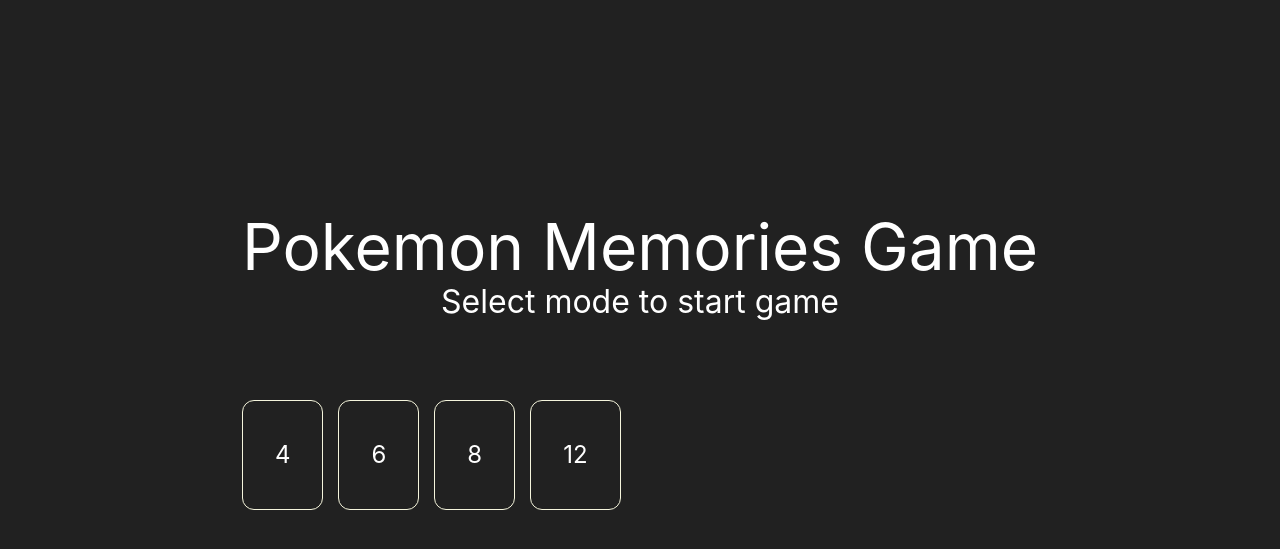
Repository: Kafierence/flip_card
Page: /
These files come from the project's save history. The page is drawn as it stood at one moment and after a run of saves; the edit follows.
The browser window is 1280 px wide. The pictures show the whole page.
The project was rebuilt for these pictures with package versions that can differ from the ones it lists, and the page was loaded fresh each time. Also part of the build but not shown: vite.config.js.

Above is the page before, as saved 2022-09-20 14:32:07.

### index.html
<!DOCTYPE html>
<html lang="en">
  <head>
    <meta charset="UTF-8" />
    <link rel="icon" href="/favicon.ico" />
    <meta name="viewport" content="width=device-width, initial-scale=1.0" />
    <title>Memories Game</title>
    <!--Normalize CDN -->
    <link rel="stylesheet" href="https://cdnjs.cloudflare.com/ajax/libs/normalize/8.0.1/normalize.min.css" integrity="sha512-NhSC1YmyruXifcj/KFRWoC561YpHpc5Jtzgvbuzx5VozKpWvQ+4nXhPdFgmx8xqexRcpAglTj9sIBWINXa8x5w==" crossorigin="anonymous" referrerpolicy="no-referrer" />
  </head>
  <body>
    <div id="app"></div>
    <script type="module" src="/src/main.js"></script>
  </body>
</html>

### src/main.js
import { createApp } from "vue";
import App from "./App.vue";

import "./assets/style/global.css";

const app = createApp(App);

app.mount("#app");

### src/App.vue
<script>
  import WelcomeVue from './views/Welcome.vue';
  export default{
    components:{
      WelcomeVue,
    }
    ,methods:{

    }
  }
</script>
<template>
  <welcome-vue />
</template>

### src/assets/style/global.css
body{
    font-family: Inter, -apple-system, BlinkMacSystemFont, 'Segoe UI', Roboto, Oxygen, Ubuntu,
    Cantarell, 'Fira Sans', 'Droid Sans', 'Helvetica Neue', sans-serif;

}
#app{
    background-color: #212121;
    height: 100vh;
    display: flex;
    justify-content: center;
    align-items: center;
    font-size: 15px;
}

### src/views/Welcome.vue
<script>
import BoxVue from '../components/Box.vue';


export default{
    components:{
        BoxVue
    }
}
</script>
<template>
    <div class="container">
        <div class="title_start">
            Pokemon Memories Game
        </div>
        <div class="title_select">
            Select mode to start game
        </div>
        <div class="mode_select">
            <box-vue :totalOfBlocks="16"/>
            <box-vue  :totalOfBlocks="32"/>
            <box-vue  :totalOfBlocks="64" />
            <box-vue  :totalOfBlocks="128"/>
        </div>
    </div>
</template>
<style scoped>
    .container{
       color: white;
       text-align: center;

    }
    .container .title_start{
        font-size: 4rem;
    }
    .container .title_select{
        font-size: 2rem;
    }
    .container .mode_select{
        margin-top: 5rem;
        display: flex;
        gap: 15px;
    }
</style>

### src/components/Box.vue
<script>
    export default{
        data(){
            return{

            }
        },
        props:{
            totalOfBlocks:{
                type:Number,
                require:true,
            }
        },
        methods:{
            onSelectMode(){
                console.log(this.totalOfBlocks)
            }
        }
    }
</script>
<template>
    <div class="box_container" @click="onSelectMode">
        <div class="box_content">
            <div class="box_title">
                {{
                   Math.ceil(Math.sqrt(totalOfBlocks))
                }}
            </div>
        </div>
    </div>
</template>

<style scoped>
    .box_container{
       border: 1px solid beige;
       border-radius: 12px;
        transition: all .3s;
    }
    .box_container:hover{
        cursor: pointer;
        background-color: beige;
        color: black;
    }
    .box_content{
         display: flex;
        justify-content: center;
        align-content: center;
    }
    .box_title{
        padding: 2.5rem 2rem;
        font-size: 24px;
    }
</style>

After the next 2 saves:
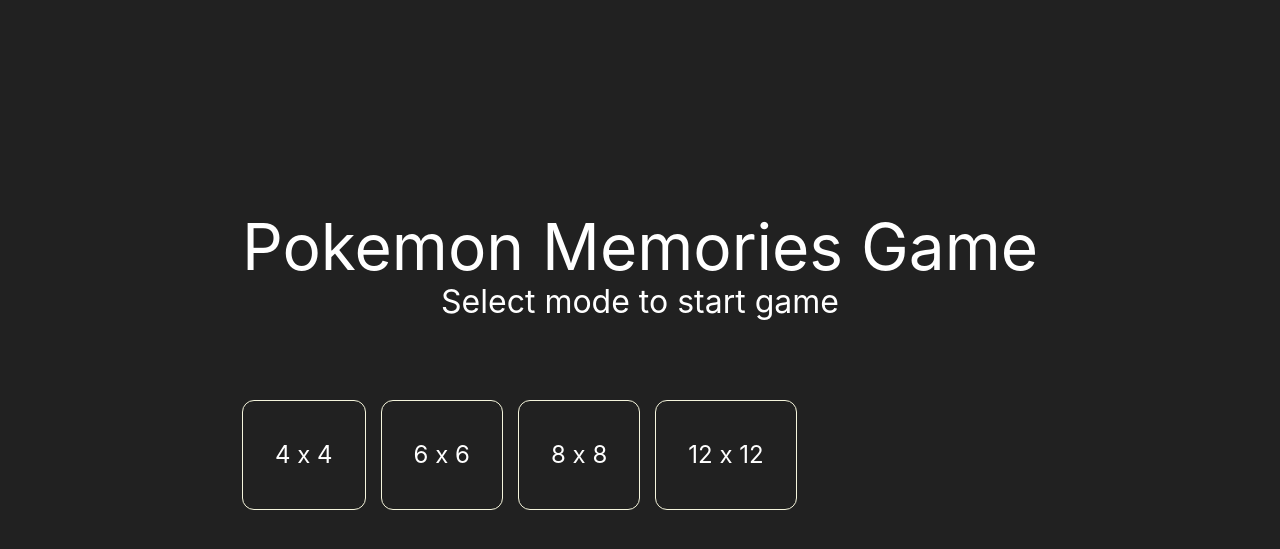
The 2 saves are shown as one change because 1 did not build or start.
The last was saved 27 s later.
--- a/src/components/Box.vue
+++ b/src/components/Box.vue
@@ -25,6 +25,12 @@
                 {{
                    Math.ceil(Math.sqrt(totalOfBlocks))
                 }}
+                x
+                {{
+
+                   Math.ceil(Math.sqrt(totalOfBlocks))
+
+                }}
             </div>
         </div>
     </div>
